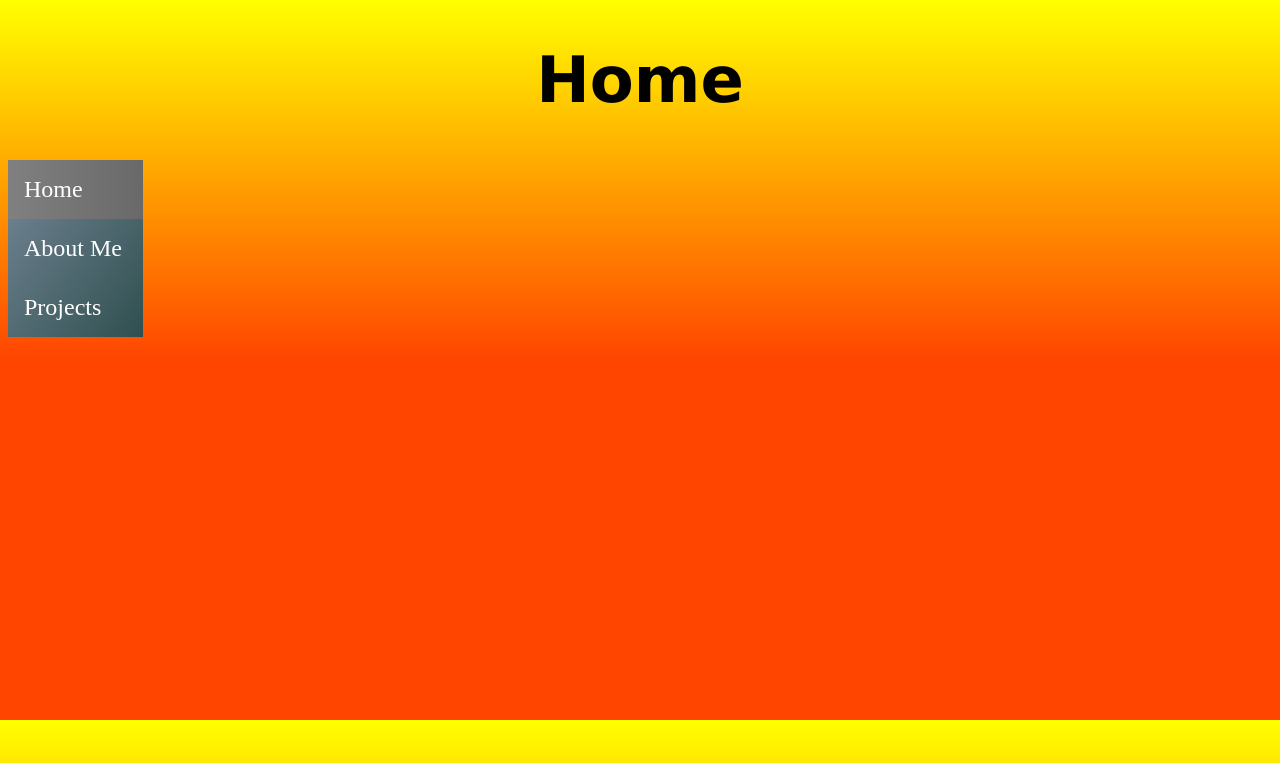
Repository: brody-toth/brody-toth.github.io
Page: about-me.html
The author's editor kept a record of every edit. The page is drawn from the files as they stood at one moment, then again after the next edit.
The browser window is 1280 px wide. The pictures show the whole page.

Above is the page before.

### about-me.html
<!DOCTYPE html>
<html>

  <head>
    <title>About Me</title>
    <link rel="stylesheet" href="style.css" type="text/css">
  </head>

  <body>

    <h1 class="header">Home</h1>

    <ul class="navbar">
      <li class="active"><a href="home.html">Home</a></li>
      <li><a href="about-me.html">About Me</a></li>
      <li class = "dropdown">
        <div>Projects</div>
        <ul class="dropdown-content">
          <li><a href="project1.html">Project 1</a></li>
          <li><a href="project2.html">Project 2</a></li>
          <li><a href="project3.html">Project 3</a></li>
        </ul>
      </li>
    </ul>

  </body>

</html>

### style.css
html, body{
    height: 100%;
}

body{
    background-image: linear-gradient(to bottom, yellow, orangered 50%);
}

.navbar{
    list-style: none;
    background-image: linear-gradient(to bottom right, lightslategray, darkslategray);
    width: 135px;
    overflow: hidden;
    padding: 0;
}
.navbar a, .dropdown div{
    text-decoration: none;
    color: white;
    font-size: 24px;
    padding: 16px;
    display: inline-block;
}
.navbar div{
    width: 135px;
}
.navbar li:hover{
    background-color: slategray;
}
.dropdown-content{
    list-style: none;
    padding: 0;
    display: none;
    position: absolute;
    z-index: 2;
    background-image: linear-gradient(to bottom right, lightslategray, darkslategray);
}
.dropdown:hover .dropdown-content{
    display: block;
}
.active{
    background-image: linear-gradient(to right, gray, dimgray)
}

.header{
    text-align: center;
    font-family: "Lucida Sans Unicode", "Lucida Grande", sans-serif;
    font-size: 64px;
}

After the next edit:
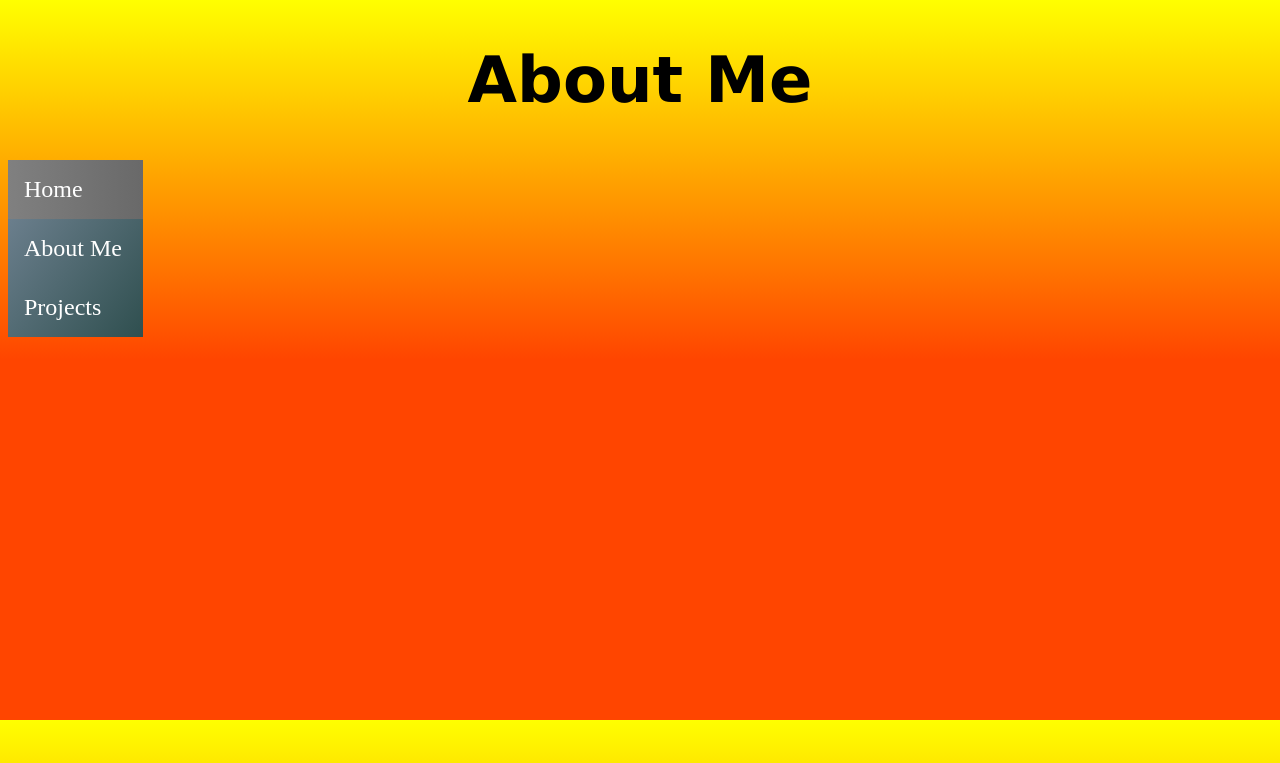
The edit:
--- a/about-me.html
+++ b/about-me.html
@@ -8,7 +8,7 @@
 
   <body>
 
-    <h1 class="header">Home</h1>
+    <h1 class="header">About Me</h1>
 
     <ul class="navbar">
       <li class="active"><a href="home.html">Home</a></li>
